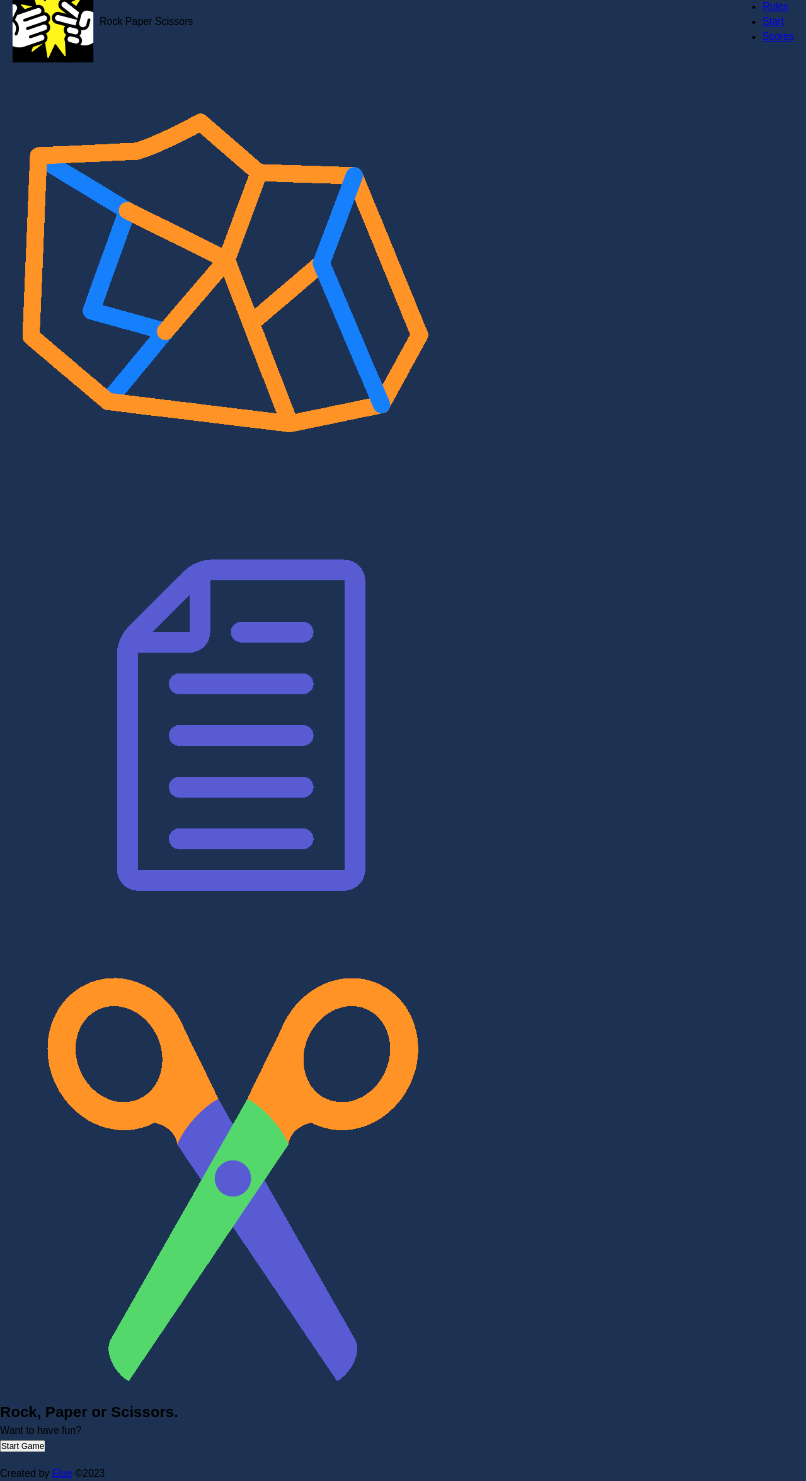
Repository: MikkyPrestige/rock-paper-scissors
Page: index.html
The author's editor kept a copy of each file at every save. The page is drawn from the files as they stood at one save, then again after the next save.
The browser window is 1280 px wide. The pictures show the whole page, at 63% of full size.

Above is the page before, as saved 2023-05-08 04:08:07.

After the next save:
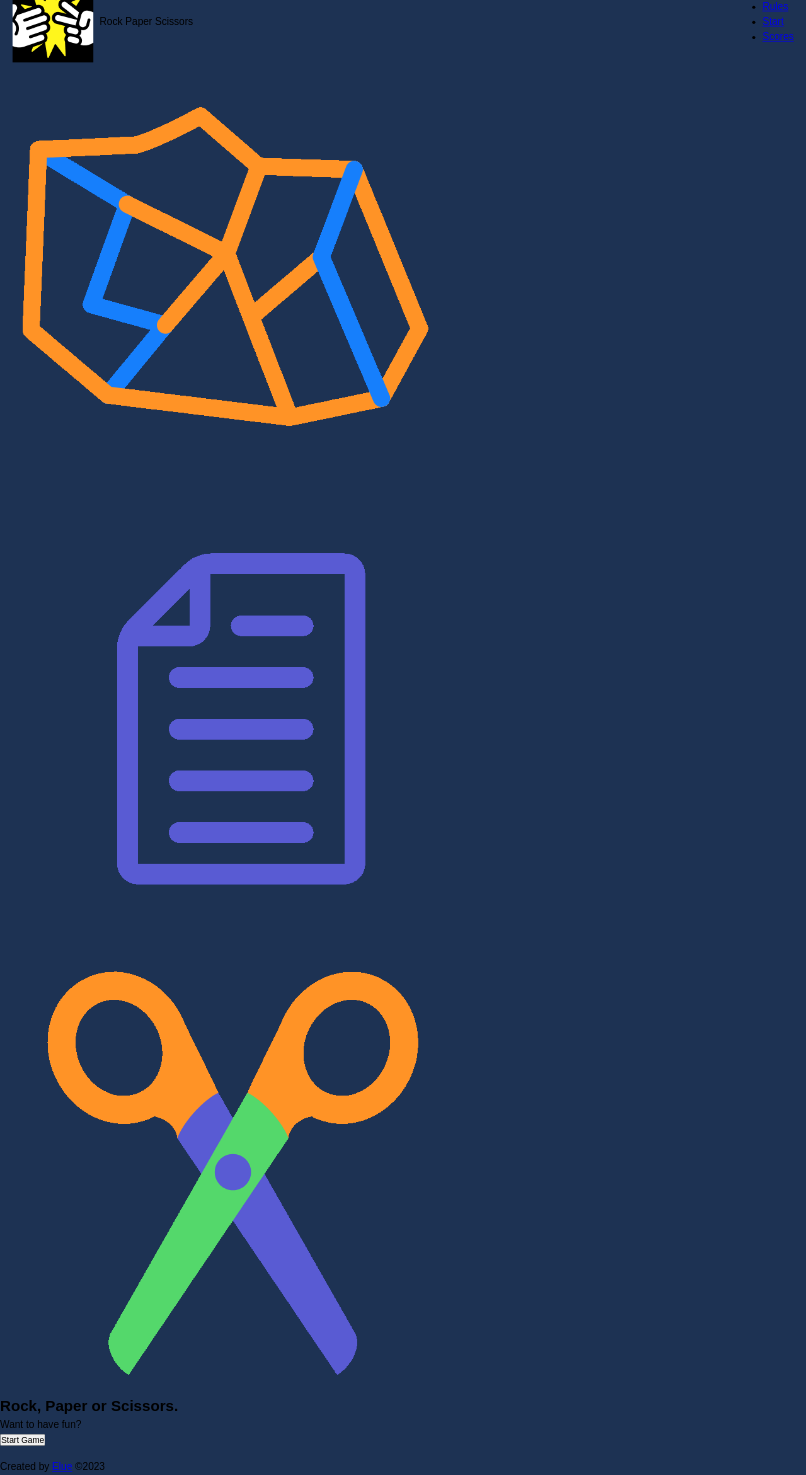
Saved 19 s later.
--- a/index.css
+++ b/index.css
@@ -35,7 +35,7 @@ header {
   padding: 1rem 2rem;
   width: 100%;
   height: 5rem;
-  margin: 1rem 0;
+  margin-top: 1rem;
 }
 
 figure {
